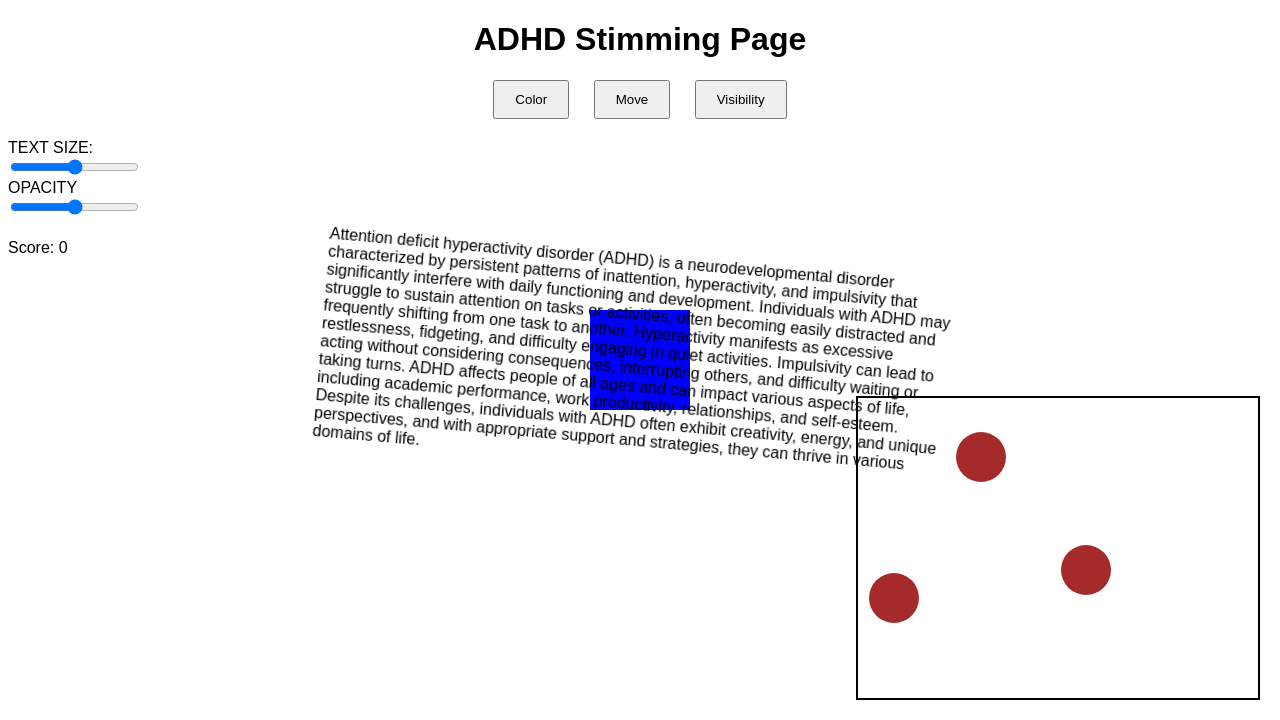
Repository: anderscederberg11/unhandledRuntimeError.json
Page: Henver/henver3.html
The author's editor kept a copy of each file at every save. The page is drawn from the files as they stood at one save, then again after the next save.
The browser window is 1280 px wide. The pictures show the whole page.

Above is the page before, as saved 2024-05-24 19:26:45.

### Henver/henver3.html
<!DOCTYPE html>
<html lang="en">
<head>
    <meta charset="UTF-8">
    <meta name="viewport" content="width=device-width, initial-scale=1.0">
    <title>HenverADHD</title>
    <link rel="stylesheet" href="henver3.css">
</head>
<body>
    <h1>ADHD Stimming Page</h1>

    <div class="buttons">
      <button onclick="changeColor()">Color</button>
      <button onclick="moveElement()">Move</button>
      <button onclick="toggleVisibility()">Visibility</button>
    </div>

    <div class="sliders">
      <label for="slider1">TEXT SIZE:</label>
      <input type="range" id="slider1" min="0" max="100" value="50" onchange="adjustFontSize(this.value)">
      <label for="slider2">OPACITY</label>
      <input type="range" id="slider2" min="0" max="100" value="50" onchange="adjustOpacity(this.value)">
    </div>

    <div id="movableElement" class="movable-element"></div>

    <div class="floating-paragraph">
        <p>Attention deficit hyperactivity disorder (ADHD) is a neurodevelopmental disorder characterized by persistent patterns of inattention, hyperactivity, and impulsivity that significantly interfere with daily functioning and development. Individuals with ADHD may struggle to sustain attention on tasks or activities, often becoming easily distracted and frequently shifting from one task to another. Hyperactivity manifests as excessive restlessness, fidgeting, and difficulty engaging in quiet activities. Impulsivity can lead to acting without considering consequences, interrupting others, and difficulty waiting or taking turns. ADHD affects people of all ages and can impact various aspects of life, including academic performance, work productivity, relationships, and self-esteem. Despite its challenges, individuals with ADHD often exhibit creativity, energy, and unique perspectives, and with appropriate support and strategies, they can thrive in various domains of life.</p>
      </div>

      <div class="game-container" onclick="whackMole()">
        <div class="mole" id="mole1"></div>
        <div class="mole" id="mole2"></div>
        <div class="mole" id="mole3"></div>
      </div>

      <p>Score: <span id="score">0</span></p>

<script>
    function changeColor() {
  const colors = ["red", "green", "blue", "yellow", "purple", "orange"];
  const randomColor = colors[Math.floor(Math.random() * colors.length)];
  document.body.style.backgroundColor = randomColor;
}

function moveElement() {
  const element = document.getElementById("movableElement");
  const randomX = Math.random() * (window.innerWidth - element.offsetWidth);
  const randomY = Math.random() * (window.innerHeight - element.offsetHeight);
  element.style.left = randomX + "px";
  element.style.top = randomY + "px";
}

function toggleVisibility() {
  const element = document.getElementById("movableElement");
  element.style.display = element.style.display === "none" ? "block" : "none";
}

function adjustFontSize(value) {
  document.body.style.fontSize = value + "px";
}

function adjustOpacity(value) {
  document.getElementById("movableElement").style.opacity = value / 100;
}
let score = 0;

    function changeColor() {
      const colors = ["red", "green", "blue", "yellow", "purple", "orange"];
      const randomColor = colors[Math.floor(Math.random() * colors.length)];
      document.body.style.backgroundColor = randomColor;
    }

    function moveElement() {
      const element = document.getElementById("movableElement");
      const randomX = Math.random() * (window.innerWidth - element.offsetWidth);
      const randomY = Math.random() * (window.innerHeight - element.offsetHeight);
      element.style.left = randomX + "px";
      element.style.top = randomY + "px";
    }

    function toggleVisibility() {
      const element = document.getElementById("movableElement");
      element.style.display = element.style.display === "none" ? "block" : "none";
    }

    function adjustFontSize(value) {
      document.body.style.fontSize = value + "px";
    }

    function adjustOpacity(value) {
      document.getElementById("movableElement").style.opacity = value / 100;
    }

    function whackMole() {
      event.target.style.display = "none";
      score++;
      document.getElementById("score").innerText = score;
    }

    function showMole(mole) {
      mole.style.display = "block";
      const randomX = Math.random() * 350;
      const randomY = Math.random() * 250;
      mole.style.left = randomX + "px";
      mole.style.top = randomY + "px";
    }

    setInterval(() => {
      const moles = document.querySelectorAll(".mole");
      moles.forEach((mole) => {
        showMole(mole);
      });
    }, 1000);
</script>
</body>
</html>

### Henver/henver3.css
body {
    font-family: Arial, sans-serif;
  }

  h1 {
    text-align: center;
  }

  .buttons {
    text-align: center;
    margin-bottom: 20px;
  }

  .buttons button {
    padding: 10px 20px;
    margin: 0 10px;
  }

  .sliders {
    margin-bottom: 20px;
  }

  .sliders label {
    display: block;
  }

  .movable-element {
    width: 100px;
    height: 100px;
    background-color: blue;
    position: absolute;
    top: 50%;
    left: 50%;
    transform: translate(-50%, -50%);
  }
  .floating-paragraph {
    position: fixed;
    top: 50%;
    left: 50%;
    transform: translate(-50%, -50%);
    animation: floatAndMove 10s infinite alternate;
  }

  .game-container {
    position: fixed;
    bottom: 20px;
    right: 20px;
    width: 400px;
    height: 300px;
    border: 2px solid black;
    overflow: hidden;
}

.mole {
    position: absolute;
    width: 50px;
    height: 50px;
    background-color: brown;
    border-radius: 50%;
    cursor: pointer;
    display: none;
}
  @keyframes floatAndMove {
    0% {
      transform: translate(-50%, -50%) rotate(0deg);
    }
    50% {
      transform: translate(-50%, -50%) rotate(5deg);
    }
    100% {
      transform: translate(-50%, -50%) rotate(0deg);
    }
  }

After the next save:
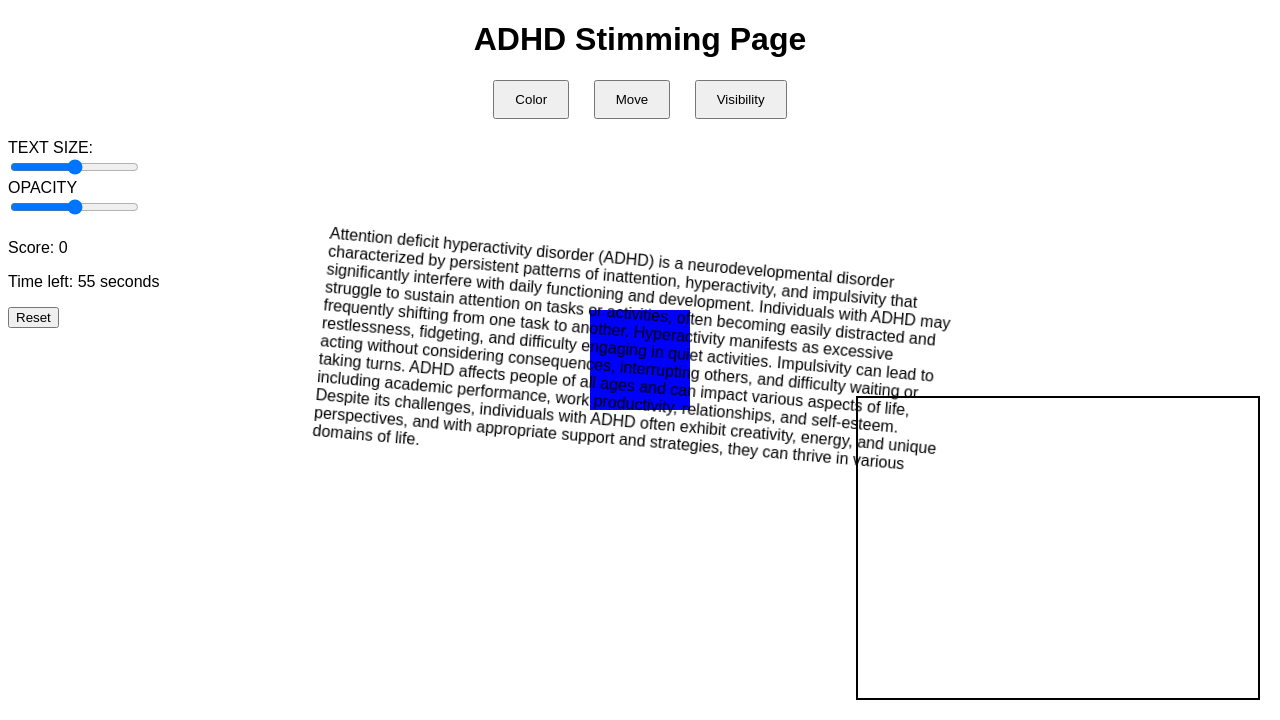
Saved 1 s later.
--- a/Henver/henver3.html
+++ b/Henver/henver3.html
@@ -35,35 +35,13 @@
       </div>
 
       <p>Score: <span id="score">0</span></p>
+      <p>Time left: <span id="timer">60</span> seconds</p>
+      <button onclick="resetGame()">Reset</button>
 
 <script>
-    function changeColor() {
-  const colors = ["red", "green", "blue", "yellow", "purple", "orange"];
-  const randomColor = colors[Math.floor(Math.random() * colors.length)];
-  document.body.style.backgroundColor = randomColor;
-}
-
-function moveElement() {
-  const element = document.getElementById("movableElement");
-  const randomX = Math.random() * (window.innerWidth - element.offsetWidth);
-  const randomY = Math.random() * (window.innerHeight - element.offsetHeight);
-  element.style.left = randomX + "px";
-  element.style.top = randomY + "px";
-}
-
-function toggleVisibility() {
-  const element = document.getElementById("movableElement");
-  element.style.display = element.style.display === "none" ? "block" : "none";
-}
-
-function adjustFontSize(value) {
-  document.body.style.fontSize = value + "px";
-}
-
-function adjustOpacity(value) {
-  document.getElementById("movableElement").style.opacity = value / 100;
-}
-let score = 0;
+       let score = 0;
+    let timeLeft = 60;
+    let timerInterval;
 
     function changeColor() {
       const colors = ["red", "green", "blue", "yellow", "purple", "orange"];
@@ -106,12 +84,31 @@ let score = 0;
       mole.style.top = randomY + "px";
     }
 
-    setInterval(() => {
+    function startTimer() {
+      timerInterval = setInterval(() => {
+        timeLeft--;
+        document.getElementById("timer").innerText = timeLeft;
+        if (timeLeft === 0) {
+          clearInterval(timerInterval);
+          alert("Time's up!");
+        }
+      }, 1000);
+    }
+
+    function resetGame() {
+      clearInterval(timerInterval);
+      timeLeft = 60;
+      score = 0;
+      document.getElementById("score").innerText = score;
+      document.getElementById("timer").innerText = timeLeft;
       const moles = document.querySelectorAll(".mole");
       moles.forEach((mole) => {
-        showMole(mole);
+        mole.style.display = "none";
       });
-    }, 1000);
+      startTimer();
+    }
+
+    startTimer();
 </script>
 </body>
 </html>
